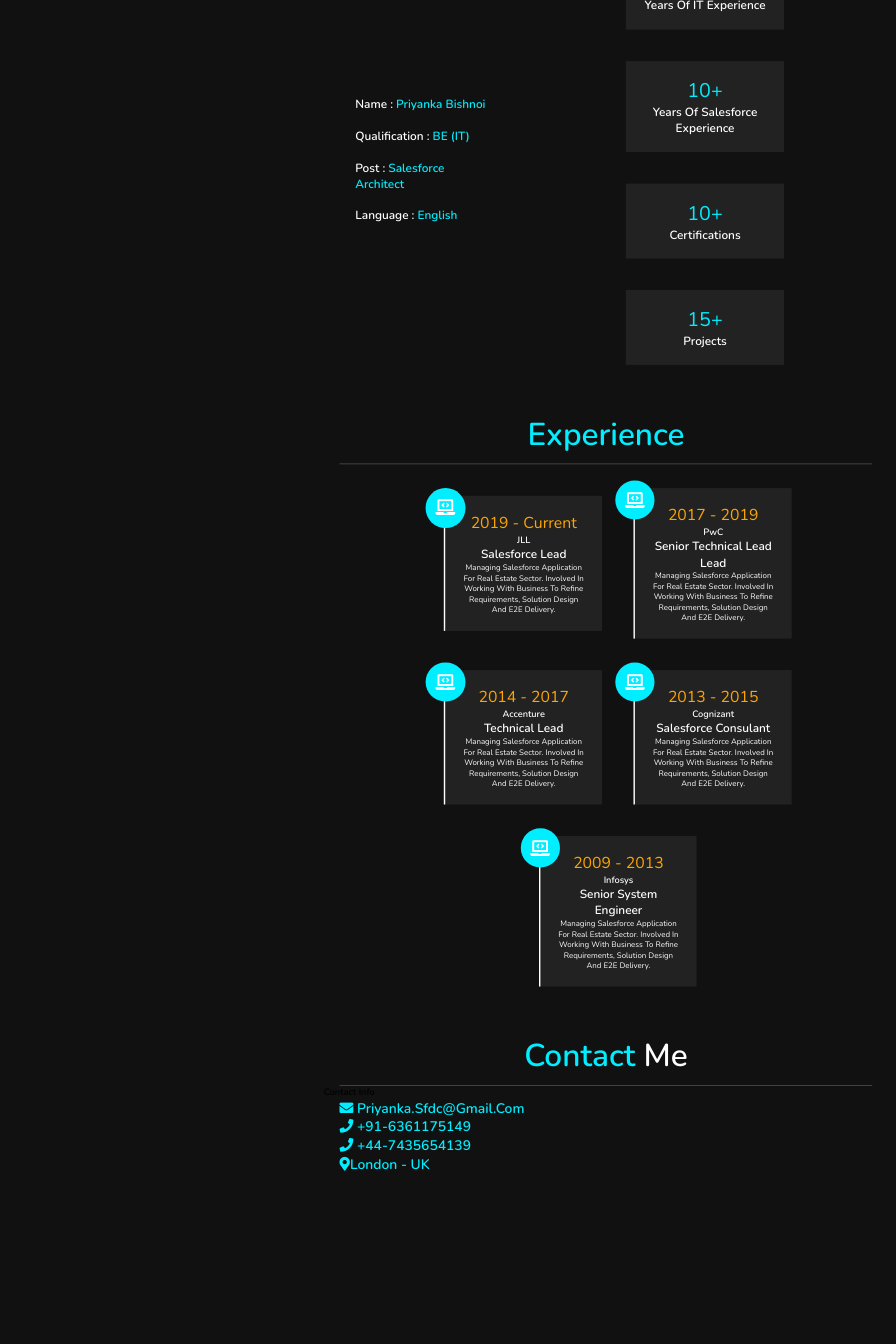
Repository: priyanka-bishnoi/PortfolioPage
Page: MyPage.html
These files come from the project's save history. The page is drawn as it stood at one moment and after the next save; the edit follows.
The browser window is 1280 px wide. The pictures show the part of the page from y = 915 to 2835 px (the page is 3091 px tall), at 70% of full size.

Above is the page before, as saved 2022-10-09 15:30:39.

After the next save:
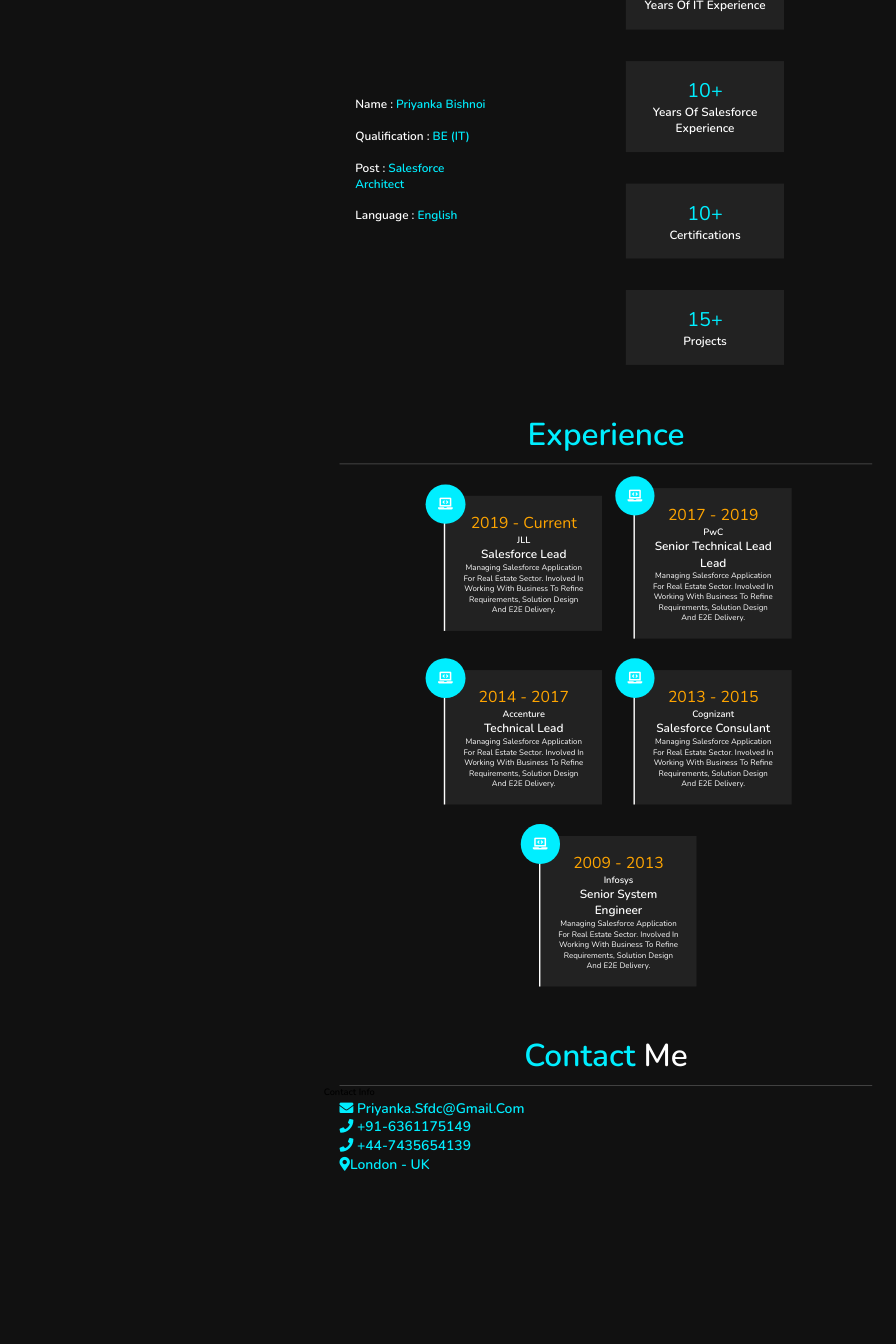
Saved 94 s later.
--- a/css/style.css
+++ b/css/style.css
@@ -220,13 +220,13 @@ header .navBar ul li a:hover{
 
 .experience .exp .box i{
     position: absolute;
-    top:-1rem; left:-2.5rem;
+    top:-1.5rem; left:-2.5rem;
     height:5rem;
     width: 5rem;
     border-radius: 50%;
     line-height: 5rem;
     text-align: center;
-    font-size: 2rem;
+    font-size: 1.5rem;
     color:#fff;
     background:var(--orange);
 }
